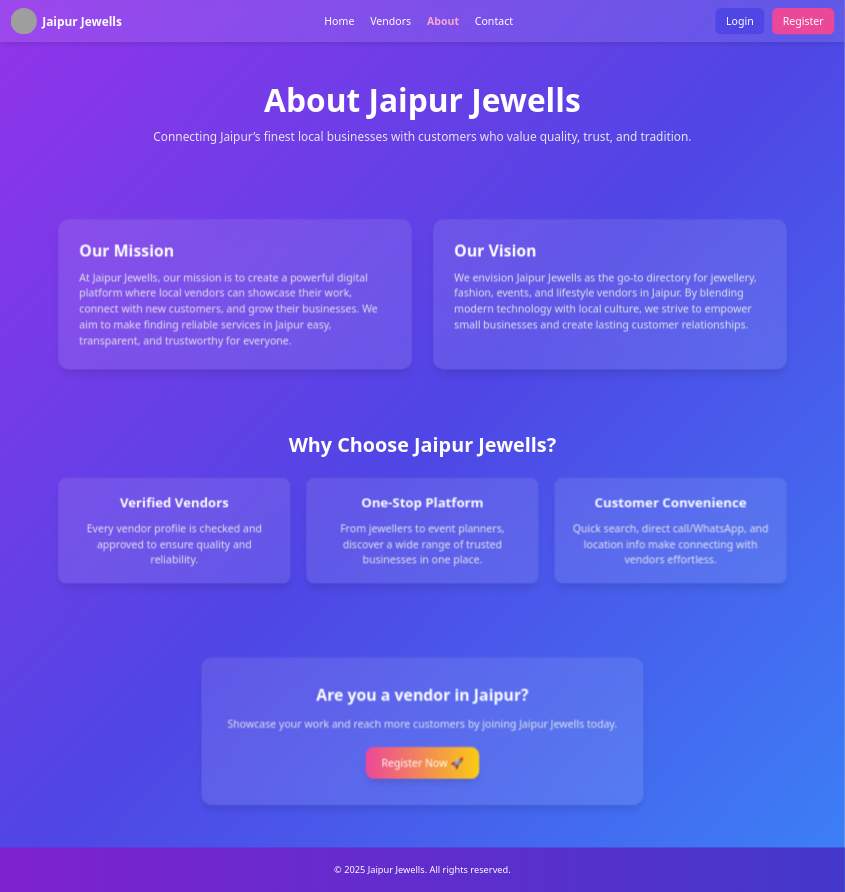
Repository: aayushtailor/VendorConnect
Page: about.html
These files come from the project's save history. The page is drawn as it stood at one moment and after the next save; the edit follows.
The browser window is 1280 px wide. The pictures show the whole page, at 66% of full size.
Pictures or frames that could not be fetched are drawn as grey boxes. Some web libraries are served in a nearby version.

Above is the page before, as saved 2025-09-20 11:52:12.

### about.html
<!doctype html>
<html lang="en">
<head>
  <meta charset="utf-8" />
  <meta name="viewport" content="width=device-width, initial-scale=1" />
  <title>About Us — Jaipur Jewells</title>
  <script src="https://cdn.tailwindcss.com"></script>
</head>
<body class="bg-gradient-to-br from-purple-600 via-indigo-600 to-blue-500 text-white">

  <!-- Navbar (same as homepage) -->
  <nav class="fixed top-0 left-0 w-full z-50 bg-white/10 backdrop-blur-md shadow-md">
    <div class="max-w-7xl mx-auto px-4 py-3 flex justify-between items-center">
      <div class="flex items-center gap-2">
        <img src="logo.png" alt="Logo" class="w-10 h-10 rounded-full">
        <span class="font-bold text-lg text-white">Jaipur Jewells</span>
      </div>
      <div class="hidden md:flex items-center gap-6 text-white font-medium">
        <a href="index.html" class="hover:text-pink-300">Home</a>
        <a href="index.html#vendorsGrid" class="hover:text-pink-300">Vendors</a>
        <a href="about.html" class="text-pink-300 font-bold">About</a>
        <a href="contact.html" class="hover:text-pink-300">Contact</a>
      </div>
      <div class="flex items-center gap-3">
        <a href="login.html" class="hidden md:block px-4 py-2 bg-indigo-600 text-white rounded-lg hover:bg-indigo-700">Login</a>
        <a href="register.html" class="hidden md:block px-4 py-2 bg-pink-500 text-white rounded-lg hover:bg-pink-600">Register</a>
      </div>
    </div>
  </nav>

  <!-- About Hero -->
  <section class="pt-32 pb-16 text-center px-6 max-w-4xl mx-auto">
    <h1 class="text-4xl md:text-5xl font-extrabold mb-4">About Jaipur Jewells</h1>
    <p class="text-lg text-gray-200">
      Connecting Jaipur’s finest local businesses with customers who value quality, trust, and tradition.
    </p>
  </section>

  <!-- Mission & Vision -->
  <section class="max-w-6xl mx-auto px-6 py-12 grid md:grid-cols-2 gap-8">
    <div class="bg-white/10 backdrop-blur-lg rounded-2xl p-8 shadow-lg">
      <h2 class="text-2xl font-bold mb-3">Our Mission</h2>
      <p class="text-gray-200">
        At Jaipur Jewells, our mission is to create a powerful digital platform where local vendors can showcase their work, connect with new customers, and grow their businesses. We aim to make finding reliable services in Jaipur easy, transparent, and trustworthy for everyone.
      </p>
    </div>
    <div class="bg-white/10 backdrop-blur-lg rounded-2xl p-8 shadow-lg">
      <h2 class="text-2xl font-bold mb-3">Our Vision</h2>
      <p class="text-gray-200">
        We envision Jaipur Jewells as the go-to directory for jewellery, fashion, events, and lifestyle vendors in Jaipur. By blending modern technology with local culture, we strive to empower small businesses and create lasting customer relationships.
      </p>
    </div>
  </section>

  <!-- Why Choose Us -->
  <section class="max-w-6xl mx-auto px-6 py-12">
    <h2 class="text-3xl font-bold text-center mb-8">Why Choose Jaipur Jewells?</h2>
    <div class="grid md:grid-cols-3 gap-6">
      <div class="bg-white/10 backdrop-blur-lg p-6 rounded-xl shadow-lg text-center">
        <h3 class="text-xl font-semibold mb-3">Verified Vendors</h3>
        <p class="text-gray-200">Every vendor profile is checked and approved to ensure quality and reliability.</p>
      </div>
      <div class="bg-white/10 backdrop-blur-lg p-6 rounded-xl shadow-lg text-center">
        <h3 class="text-xl font-semibold mb-3">One-Stop Platform</h3>
        <p class="text-gray-200">From jewellers to event planners, discover a wide range of trusted businesses in one place.</p>
      </div>
      <div class="bg-white/10 backdrop-blur-lg p-6 rounded-xl shadow-lg text-center">
        <h3 class="text-xl font-semibold mb-3">Customer Convenience</h3>
        <p class="text-gray-200">Quick search, direct call/WhatsApp, and location info make connecting with vendors effortless.</p>
      </div>
    </div>
  </section>

  <!-- CTA -->
  <section class="text-center py-16 px-6">
    <div class="bg-white/10 backdrop-blur-lg rounded-2xl p-10 shadow-lg inline-block max-w-2xl">
      <h2 class="text-2xl font-bold mb-4">Are you a vendor in Jaipur?</h2>
      <p class="text-gray-200 mb-6">Showcase your work and reach more customers by joining Jaipur Jewells today.</p>
      <a href="register.html" class="px-6 py-3 bg-gradient-to-r from-pink-500 to-yellow-400 text-white rounded-xl shadow-lg hover:scale-105 transition inline-block">
        Register Now 🚀
      </a>
    </div>
  </section>

  <!-- Footer -->
  <footer class="bg-gradient-to-r from-purple-700 to-indigo-700 text-center py-6">
    <p class="text-sm">&copy; 2025 Jaipur Jewells. All rights reserved.</p>
  </footer>

</body>
</html>

After the next save:
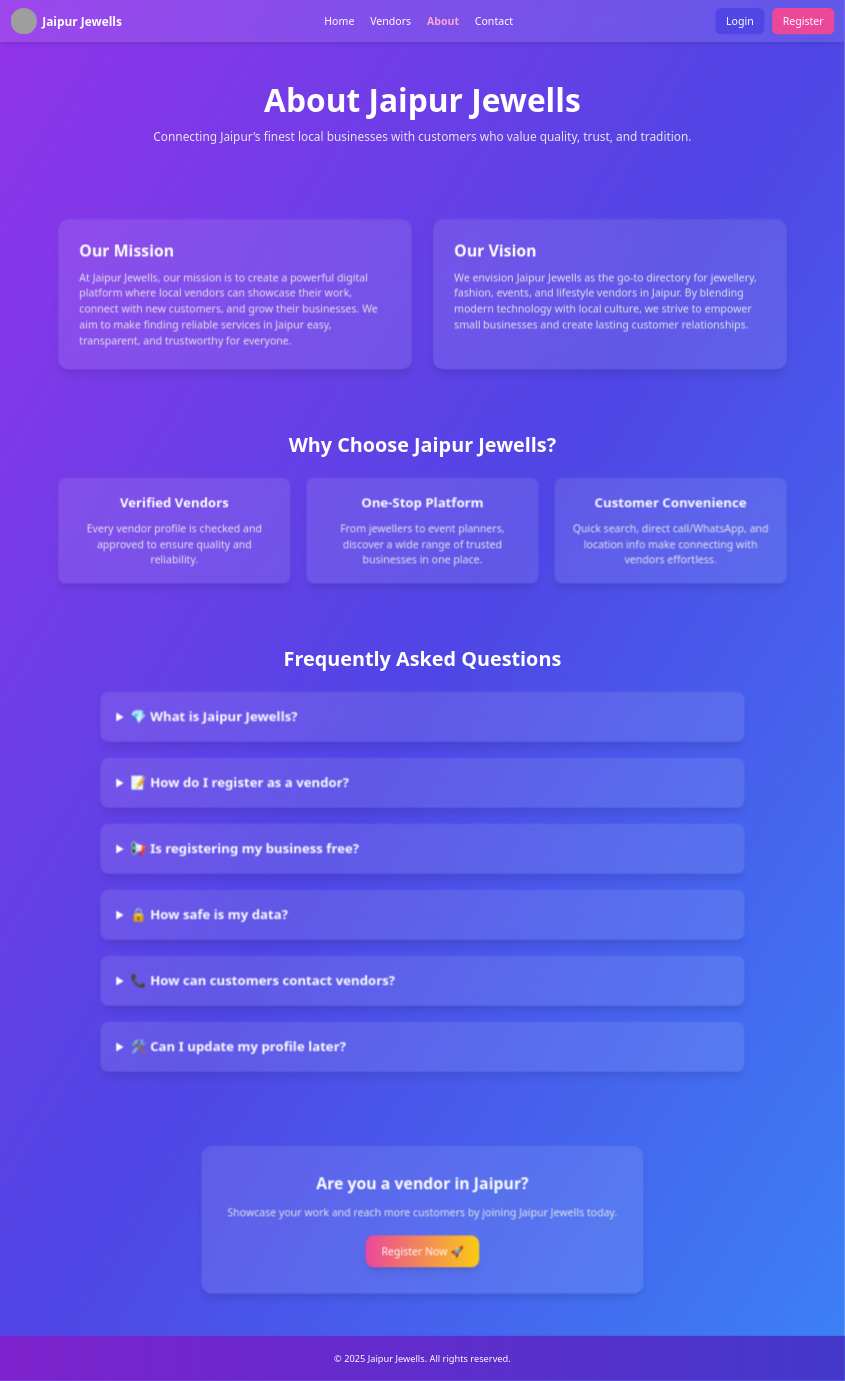
Saved 2 min 2 s later.
--- a/about.html
+++ b/about.html
@@ -71,6 +71,42 @@
     </div>
   </section>
 
+  <!-- FAQ Section -->
+  <section class="max-w-5xl mx-auto px-6 py-12">
+    <h2 class="text-3xl font-bold text-center mb-8">Frequently Asked Questions</h2>
+    <div class="space-y-6">
+      <details class="bg-white/10 backdrop-blur-lg rounded-xl p-6 shadow-lg">
+        <summary class="cursor-pointer text-xl font-semibold">💎 What is Jaipur Jewells?</summary>
+        <p class="mt-3 text-gray-200">Jaipur Jewells is a modern online directory that connects customers with trusted local vendors across Jaipur, including jewellers, fashion designers, event planners, and more.</p>
+      </details>
+
+      <details class="bg-white/10 backdrop-blur-lg rounded-xl p-6 shadow-lg">
+        <summary class="cursor-pointer text-xl font-semibold">📝 How do I register as a vendor?</summary>
+        <p class="mt-3 text-gray-200">Simply visit the <a href="register.html" class="text-yellow-300 underline">Register page</a>, fill in your details, and submit your profile. Once approved, your business will be visible on our platform.</p>
+      </details>
+
+      <details class="bg-white/10 backdrop-blur-lg rounded-xl p-6 shadow-lg">
+        <summary class="cursor-pointer text-xl font-semibold">📢 Is registering my business free?</summary>
+        <p class="mt-3 text-gray-200">Yes, basic vendor registration is completely free. Premium features and promotions may be available in the future for enhanced visibility.</p>
+      </details>
+
+      <details class="bg-white/10 backdrop-blur-lg rounded-xl p-6 shadow-lg">
+        <summary class="cursor-pointer text-xl font-semibold">🔒 How safe is my data?</summary>
+        <p class="mt-3 text-gray-200">We take security seriously. All vendor information is stored securely and only shared publicly with your consent.</p>
+      </details>
+
+      <details class="bg-white/10 backdrop-blur-lg rounded-xl p-6 shadow-lg">
+        <summary class="cursor-pointer text-xl font-semibold">📞 How can customers contact vendors?</summary>
+        <p class="mt-3 text-gray-200">Each vendor profile includes contact details such as phone, WhatsApp, and email, making it easy for customers to reach them directly.</p>
+      </details>
+
+      <details class="bg-white/10 backdrop-blur-lg rounded-xl p-6 shadow-lg">
+        <summary class="cursor-pointer text-xl font-semibold">🛠 Can I update my profile later?</summary>
+        <p class="mt-3 text-gray-200">Yes, once logged in, you can access your <a href="dashboard.html" class="text-yellow-300 underline">Vendor Dashboard</a> to update your details anytime.</p>
+      </details>
+    </div>
+  </section>
+
   <!-- CTA -->
   <section class="text-center py-16 px-6">
     <div class="bg-white/10 backdrop-blur-lg rounded-2xl p-10 shadow-lg inline-block max-w-2xl">
